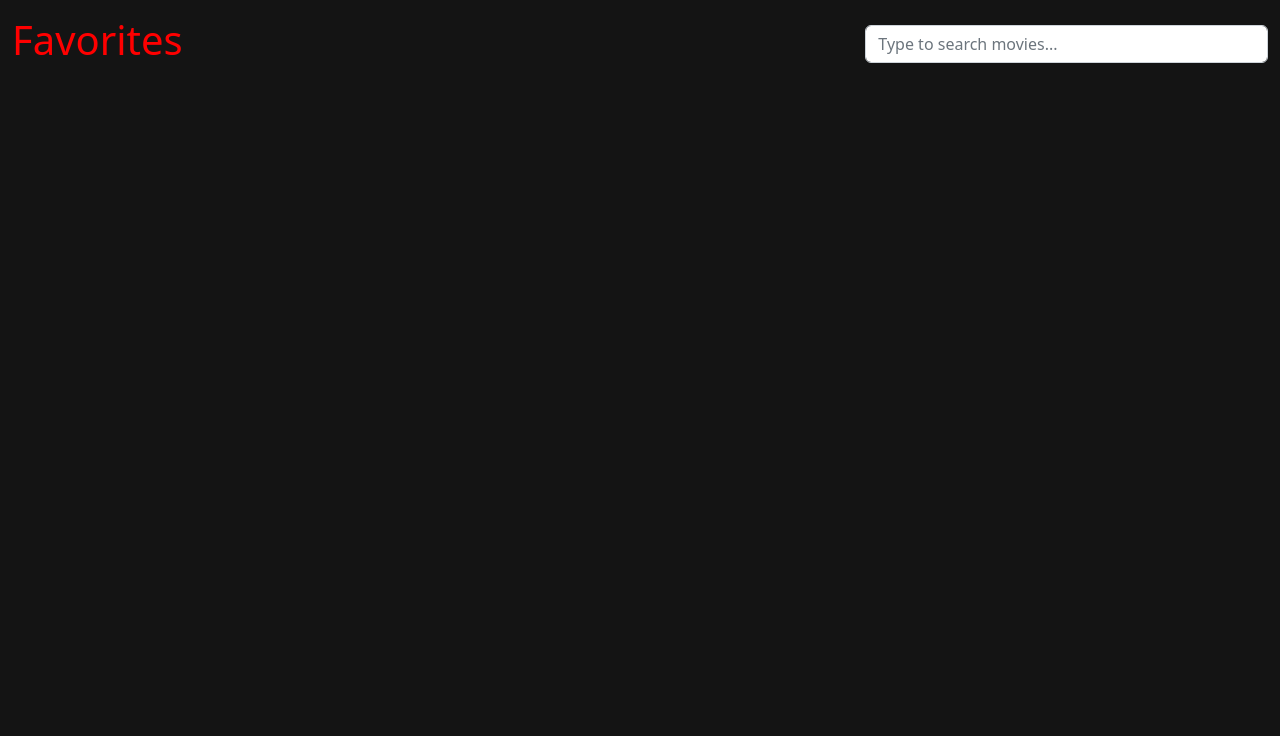
Repository: sandeepreddyvitta/react
Page: / (app in movieapp/)
The author's editor kept a copy of each file at every save. The page is drawn from the files as they stood at one save, then again after the next save.
The browser window is 1280 px wide. The pictures show the whole page.
The page's requests for data from a server got no answer. The project was rebuilt for these pictures with package versions that can differ from the ones it lists, and the page was loaded fresh each time. No one was signed in, and anything a server would have sent is missing.

Above is the page before, as saved 2022-12-14 08:30:15.

### movieapp/public/index.html
<!DOCTYPE html>
<html lang="en">

<head>
  <meta charset="utf-8" />
  <link rel="icon" href="%PUBLIC_URL%/favicon.ico" />
  <meta name="viewport" content="width=device-width, initial-scale=1" />
  <meta name="theme-color" content="#000000" />
  <meta name="description" content="Web site created using create-react-app" />
  <link rel="apple-touch-icon" href="%PUBLIC_URL%/logo192.png" />
  <!--
      manifest.json provides metadata used when your web app is installed on a
      user's mobile device or desktop. See https://developers.google.com/web/fundamentals/web-app-manifest/
    -->
  <title>React App</title>
</head>

<body>
  <noscript>You need to enable JavaScript to run this app.</noscript>
  <div id="root"></div>

</body>

</html>

### movieapp/src/index.css
body {
  background:#141414 !important;
  color:white !important;
  margin: 0;
  font-family: -apple-system, BlinkMacSystemFont, 'Segoe UI', 'Roboto', 'Oxygen',
    'Ubuntu', 'Cantarell', 'Fira Sans', 'Droid Sans', 'Helvetica Neue',
    sans-serif;
  -webkit-font-smoothing: antialiased;
  -moz-osx-font-smoothing: grayscale;
}

code {
  font-family: source-code-pro, Menlo, Monaco, Consolas, 'Courier New',
    monospace;
}

### movieapp/src/App.js

import axios from 'axios';
import './App.css'
import React, { useState, useEffect } from 'react'
import MovieList from './components/movie/MovieList';
import SearchBar from './components/movie/SearchBar';
import 'bootstrap/dist/css/bootstrap.min.css'
import MovieListHead from './components/movie/MovieListHead';

function App() {
  const [movies, setMovies] = useState([]);
  const [searchValue, setSearchValue] = useState("");

  const getMovieRequest = async (searchValue) => {
    const url = `https://www.omdbapi.com/?s=${searchValue}&apikey=d8df698c`;
    const data = await fetch(url);
    const response = await data.json();
    console.log(response);
    if (response.Search)
      setMovies(response.Search)
  };
  useEffect(() => {
    getMovieRequest(searchValue)
  }, [searchValue])

  return (
    <div className='app'>
      <div className='container-fluid movie-app'>
        <div className='row d-flex align-items-center mt-3 mb-5'>
          <MovieListHead heading="Favorites" />
          <SearchBar searchValue={searchValue} setSearchValue={setSearchValue} />
        </div>
        <div className='row'>
          <MovieList movies={movies} />
        </div>
      </div>
    </div>
  );
}

export default App;

### movieapp/src/App.css
.app {
  height: 100vh;
}
.movie-app > .row{
  overflow-x: auto;
  color:red;
  flex-wrap: nowrap;
}
.image-container{
  position: relative;
  transition:transform 0.2s;

}
.image-container:hover{
  cursor:pointer;
  transform:scale(1.1);
}

### movieapp/src/components/movie/MovieList.js
import React from 'react'

const MovieList = (props) => {
    return (
        <div>
            {
                props.movies.map((movie, index) => (
                    <div className='image-container d-flex justify-content-start m3'>
                        <img src={movie.Poster} alt='' />
                    </div>
                ))
            }
        </div>
    )
}

export default MovieList

### movieapp/src/components/movie/SearchBar.js
import React from 'react'

const SearchBar = (props) => {
    return (
        <div className='col col-sm-4'>
            <input type="text"
                className='form-control'
                value={props.searchValue}
                onChange={e => props.setSearchValue(e.target.value)}
                placeholder="Type to search movies..." />
        </div>
    )
}

export default SearchBar

### movieapp/src/components/movie/MovieListHead.js
import React from 'react'

const MovieListHead = (props) => {
    return (
        <div className='col'>
            <h1>{props.heading}</h1>
        </div>
    )
}

export default MovieListHead

Loaded but not shown: movieapp/src/index.js (common file)

After the next save:
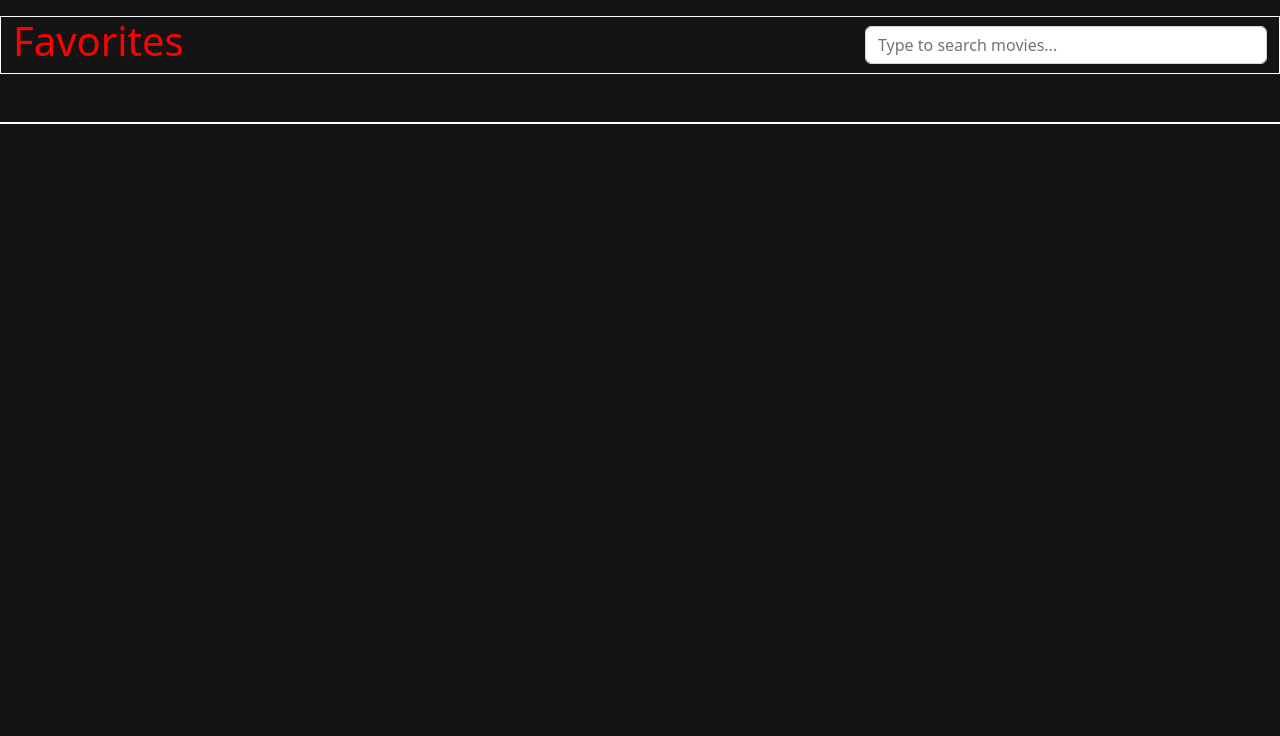
Saved 24 s later.
--- a/movieapp/src/App.css
+++ b/movieapp/src/App.css
@@ -4,6 +4,7 @@
 .movie-app > .row{
   overflow-x: auto;
   color:red;
+  border: 1px solid white;
   flex-wrap: nowrap;
 }
 .image-container{

After the save that followed:
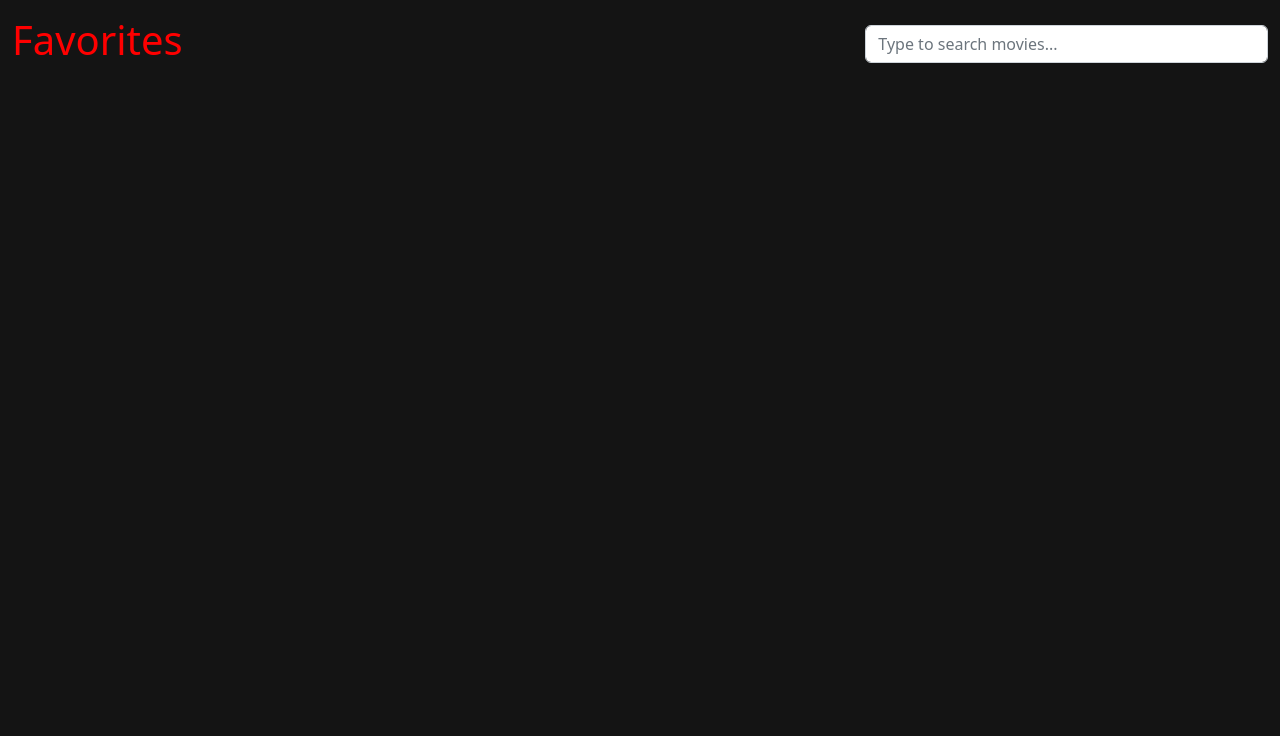
Saved 21 s later.
--- a/movieapp/src/App.css
+++ b/movieapp/src/App.css
@@ -4,7 +4,6 @@
 .movie-app > .row{
   overflow-x: auto;
   color:red;
-  border: 1px solid white;
   flex-wrap: nowrap;
 }
 .image-container{
